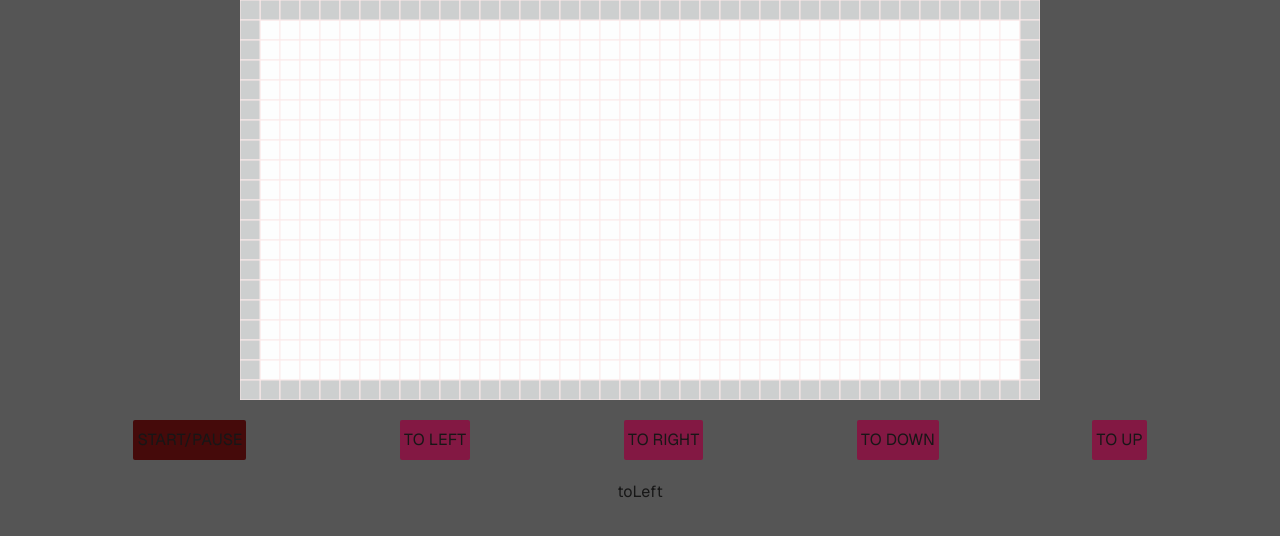
Repository: newstar456/Snake-Game
Page: /
These files come from the project's save history. The page is drawn as it stood at one moment and after the next save; the edit follows.
The browser window is 1280 px wide. The pictures show the whole page.
The project was rebuilt for these pictures with package versions that can differ from the ones it lists, and the page was loaded fresh each time. The framework's server and built-in components were replaced by stand-ins that run in the browser. Also part of the build but not shown: next.config.ts.

Above is the page before, as saved 2025-06-04 19:39:09.

After the next save:
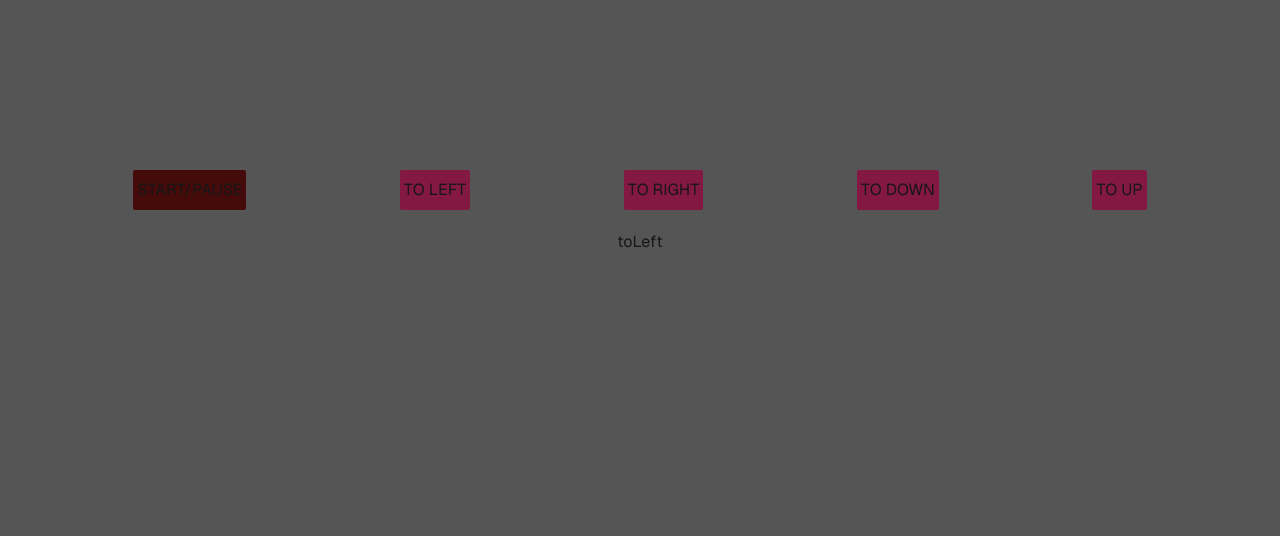
Saved 42 s later.
--- a/src/components/SnakeGame.tsx
+++ b/src/components/SnakeGame.tsx
@@ -17,6 +17,9 @@ const SnakeGame = () => {
     const animationFrameRef = useRef<number>();
 
     useEffect(() => {
+
+        const canvas = canvasRef.current;
+        if (!canvas) return;
         // let canvas = document.getElementById("canvas") as HTMLCanvasElement;
         let context = canvas.getContext("2d") as CanvasRenderingContext2D;
         canvas.width = 800;
